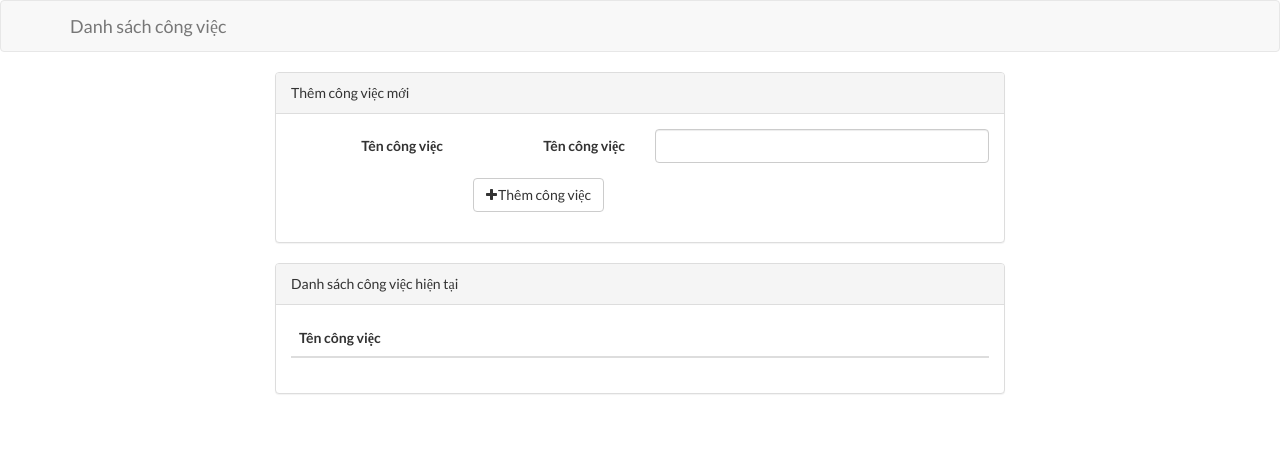
Repository: pvdrh/Laravel_Todo
Page: http://localhost/frontend/task
These files come from the project's save history. The page is drawn as it stood at one moment and after a run of saves; the edit follows.
The browser window is 1280 px wide. The pictures show the whole page.
Some web libraries are served in a nearby version. The page is served by the project's Laravel application, run on PHP 8.4 with Laravel 8. Queries for data that is not in the repository find no rows.

Above is the page before, as saved 2020-10-17 23:46:59.

After the next 2 saves:
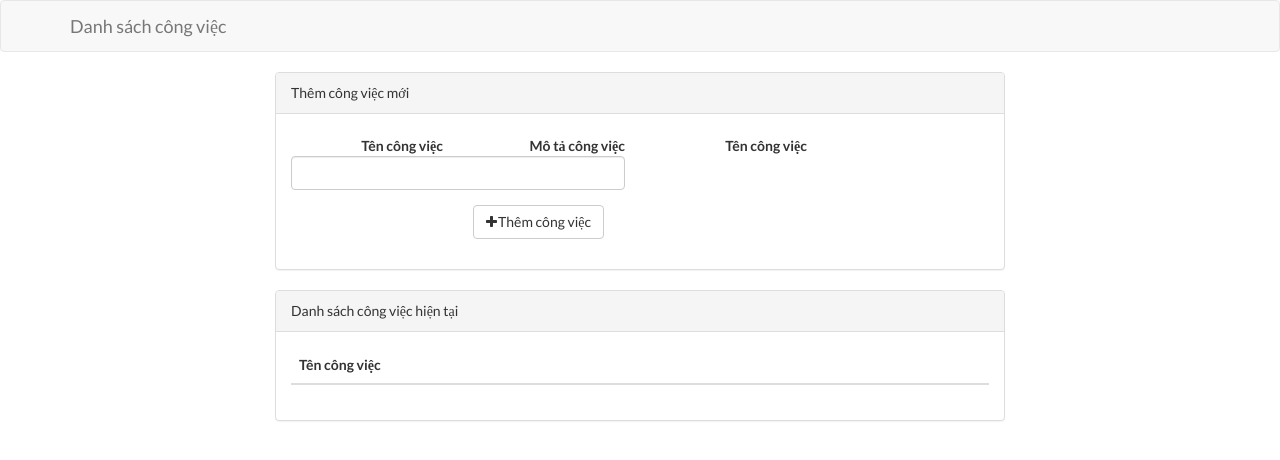
The 2 saves are shown as one change because they came seconds apart.
The last was saved 6 s later.
--- a/resources/views/tasks/list.blade.php
+++ b/resources/views/tasks/list.blade.php
@@ -68,6 +68,7 @@
                 <!-- Task Name -->
                     <div class="form-group">
                         <label for="task-name" class="col-sm-3 control-label">Tên công việc</label>
+                        <label for="task-name" class="col-sm-3 control-label">Mô tả công việc</label>
                         <label for="task-name" class="col-sm-3 control-label">Tên công việc</label>
 
                         <div class="col-sm-6">
